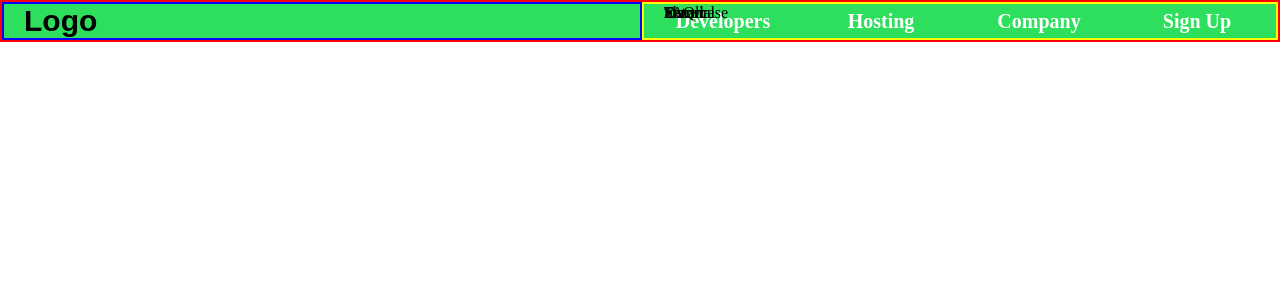
Repository: xtremer15/PracticeProject
Page: PracticeProject/HomeWorks/index.html
An editor plug-in stored every save of this project. The page is shown before and after a run of saves, followed by the edit.
The browser window is 1280 px wide. The pictures show the whole page.

Above is the page before, as saved 2020-04-23 13:54:40.

### PracticeProject/HomeWorks/index.html
<!DOCTYPE html>
<html lang="en">

<head>
  <meta charset="UTF-8">
  <meta name="viewport" content="width=device-width, initial-scale=1.0">
  <link rel="stylesheet" href="style.css">
  <title>Document</title>
</head>

<body>
  <header id="main-header">
    <div>
      <p class="logo">Logo</p>
    </div>
    <nav class="navigation--bar">
      <ul class="navigation--bar__list">

        <!--       <li style="position: relative">
        <a href="#" class="navigation--bar__list__item">developers</a>
        <div style="position: absolute;">
            <a href="#" class="">developers 1</a>
            <a href="#" class="">developers 2</a>
        </div>
      </li>  -->

        <a href="#" class="navigation--bar__list__item a">a
        </a>
        <a href="#" class="navigation--bar__list__item b">b
        </a>
        <a href="#" class="navigation--bar__list__item c">c
        </a>
        <a href="#" class="navigation--bar__list__item d">d
        </a>
      </ul>
    </nav>
  </header>

  <script src="dropdown.js"></script>
</body>

</html>

### PracticeProject/HomeWorks/style.css
* {
  padding: 0;
  margin: 0;
  font-family: "Times New Roman", Times, serif;
  box-sizing: border-box;
}

#main-header {
  background: #2ddf5c;
  width: 100%;
  z-index: 1;
  display: flex;
  flex-direction: row;
  justify-content: center;
  border: 2px solid red;
}

#main-header div {
  border: 2px solid blue;
  flex: 1;
}

#main-header .logo {
  color: black;
  font-weight: bold;
  font-size: 30px;
  padding-left: 20px;
  font-family: "Montserrat", sans-serif;
}

#main-header .navigation--bar {
  flex: 1;
}

.navigation--bar__list {
  position: relative;
  display: flex;
  flex-direction: row;
  align-items: center;
  text-align: center;
  list-style: none;
  height: 100%;
  width: 100%;
  border: 2px solid yellow;
}

.navigation--bar__list__item,
.a,
.b,
.c,
.d {
  flex: 1;
  margin-left: auto;
  color: white;
  font-size: 20px;
  font-weight: bold;
  text-decoration: none;
}

.container{
  position: absolute;
  list-style:none;
  display: flex;
  top:0;
  left:20px;
}

.dropdown{
  top:0;
  left:20px;
  z-index: 1;
}

### PracticeProject/HomeWorks/dropdown.js
const DORPDOWN_ELEMENTS = [
  {
    elementToDisplayOnNavBar: "Developers",
    submenuForElement: [
      {
        subOpt1: ["Install", "Tutorial", "Doc"],
        subOpt2: ["FAQ", "Forum", "Showcase"],
      },
    ],
  },
  {
    elementToDisplayOnNavBar: "Hosting",
    submenuForElement: [
      {
        subOpt: ["Pricing", "Plans", "More..."],
      },
    ],
  },
  {
    elementToDisplayOnNavBar: "Company",
    submenuForElement: [
      {
        subOpt: ["Carrera", "Culture", "Partners", "Blog"],
      },
    ],
  },
  {
    elementToDisplayOnNavBar: "Sign Up",
  },
];

function attachElement(elementToBechanged, elementToChangeTo) {
  elementToBechanged.innerHTML = elementToChangeTo;
}

function createElement(elementToCreate, attributeToAdd, nameOfAttribute) {
  const element = document.createElement(elementToCreate);
  element.setAttribute(attributeToAdd, nameOfAttribute);
  return element;
}

const arrElems = [];
for (elem of DORPDOWN_ELEMENTS) {
  arrElems.push(elem.elementToDisplayOnNavBar);
}

let subMenuDevelopers = [];
let subMenuHosting = [];
let subMenuCompany = [];

const RENDERED_JS_DOM_ELEMENTS = {
  a: createElement("a", "class", "attribute"),
};

const DOM_SELECTED_ELEMENTS = {
  nav: document.querySelector(".navigation--bar"),
  ul: document.querySelector(".navigation--bar__list"),
  ali: document.querySelector(".a"),
  bli: document.querySelector(".b"),
  cli: document.querySelector(".c"),
  dli: document.querySelector(".d"),
};

let a = attachElement(DOM_SELECTED_ELEMENTS.ali, arrElems[0]);
const b = attachElement(DOM_SELECTED_ELEMENTS.bli, arrElems[1]);
const c = attachElement(DOM_SELECTED_ELEMENTS.cli, arrElems[2]);
const d = attachElement(DOM_SELECTED_ELEMENTS.dli, arrElems[3]);

subMenuDevelopers = DORPDOWN_ELEMENTS[0].submenuForElement[0].subOpt1.concat(
  DORPDOWN_ELEMENTS[0].submenuForElement[0].subOpt2
);
subMenuHosting = DORPDOWN_ELEMENTS[1].submenuForElement[0].subOpt;
subMenuCompany = DORPDOWN_ELEMENTS[2].submenuForElement[0].subOpt;

console.log(subMenuDevelopers);
console.log(subMenuHosting);
console.log(subMenuCompany);

for (elem in subMenuDevelopers) {
  console.log(subMenuDevelopers[elem]);
  let a = createElement("a", "class", "dropdown");
  let ul = createElement("ul", "class", "container");
  a.innerHTML = subMenuDevelopers[elem];
  ul.appendChild(a)
  DOM_SELECTED_ELEMENTS.ul.appendChild(ul);
}

After the next 5 saves:
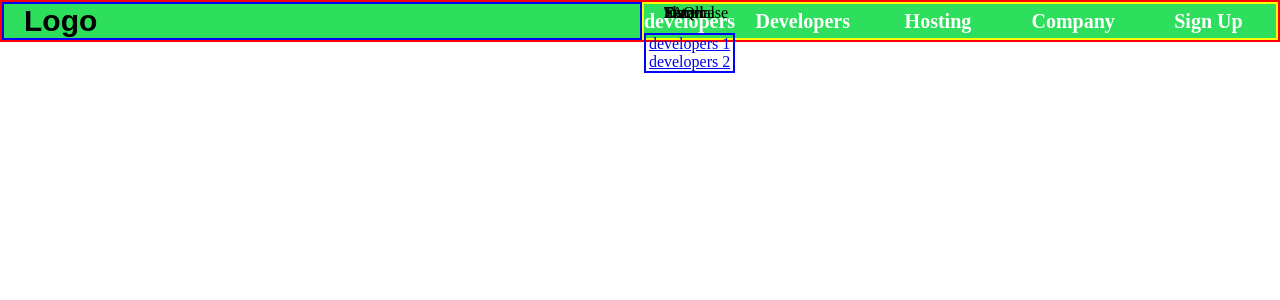
The 5 saves are shown as one change because they came seconds apart.
The last was saved 49 s later.
--- a/PracticeProject/HomeWorks/index.html
+++ b/PracticeProject/HomeWorks/index.html
@@ -15,14 +15,13 @@
     </div>
     <nav class="navigation--bar">
       <ul class="navigation--bar__list">
-
-        <!--       <li style="position: relative">
+       <li style="position: relative">
         <a href="#" class="navigation--bar__list__item">developers</a>
         <div style="position: absolute;">
             <a href="#" class="">developers 1</a>
             <a href="#" class="">developers 2</a>
         </div>
-      </li>  -->
+      </li>
 
         <a href="#" class="navigation--bar__list__item a">a
         </a>
